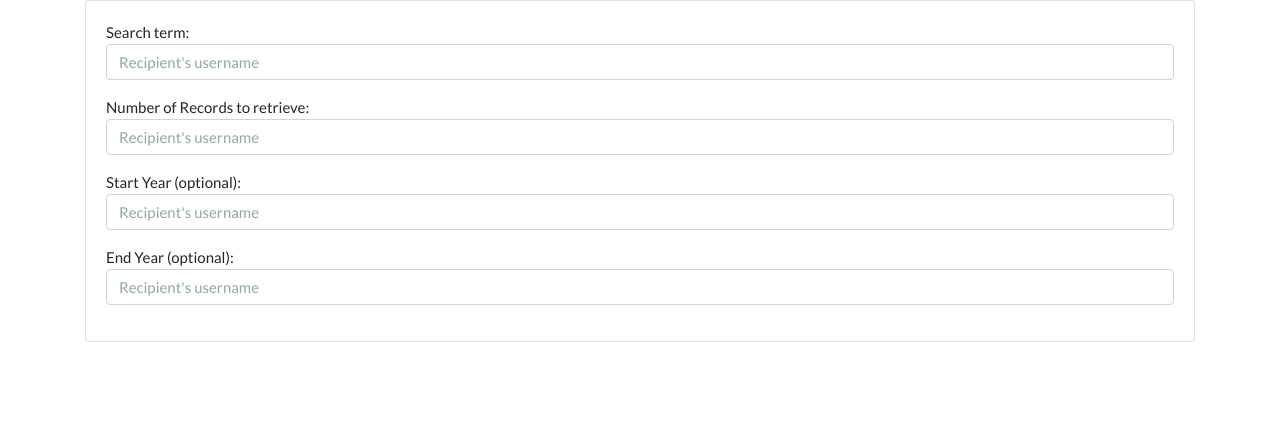
Repository: broganneagle/NYTSearch
Page: index.html
An editor plug-in stored every save of this project. The page is shown before and after the next save, followed by the edit.
The browser window is 1280 px wide. The pictures show the whole page.
Some web libraries are served in a nearby version.

Above is the page before, as saved 2020-06-26 13:46:00.

### index.html
<!DOCTYPE html>
<html lang="en">

<head>
    <meta charset="UTF-8">
    <meta name="viewport" content="width=device-width, initial-scale=1.0">
    <title>NYT Search</title>
    <link rel="stylesheet" href="https://stackpath.bootstrapcdn.com/bootstrap/4.3.1/css/bootstrap.min.css" />
    <link href="https://stackpath.bootstrapcdn.com/bootswatch/4.5.0/flatly/bootstrap.min.css" rel="stylesheet"
        integrity="sha384-mhpbKVUOPCSocLzx2ElRISIORFRwr1ZbO9bAlowgM5kO7hnpRBe+brVj8NNPUiFs" crossorigin="anonymous">
</head>

<body>
    <div class=container>
        <div class="card">
            <div class="card-body">
                Search term:
                <div class="input-group mb-3">
                    <input type="text" class="form-control" placeholder="Recipient's username"
                        aria-label="Recipient's username" aria-describedby="button-addon2">
                </div>

                    Number of Records to retrieve:
                    <div class="input-group mb-3">

                        <input type="text" class="form-control" placeholder="Recipient's username"
                            aria-label="Recipient's username" aria-describedby="button-addon2">
                    </div>

                    Start Year (optional):
                    <div class="input-group mb-3">
                        <input type="text" class="form-control" placeholder="Recipient's username"
                            aria-label="Recipient's username" aria-describedby="button-addon2">
                    </div>

                    End Year (optional):
                    <div class="input-group mb-3">
                        <input type="text" class="form-control" placeholder="Recipient's username"
                            aria-label="Recipient's username" aria-describedby="button-addon2">


                    </div>
                </div>

</body>

</html>

After the next save:
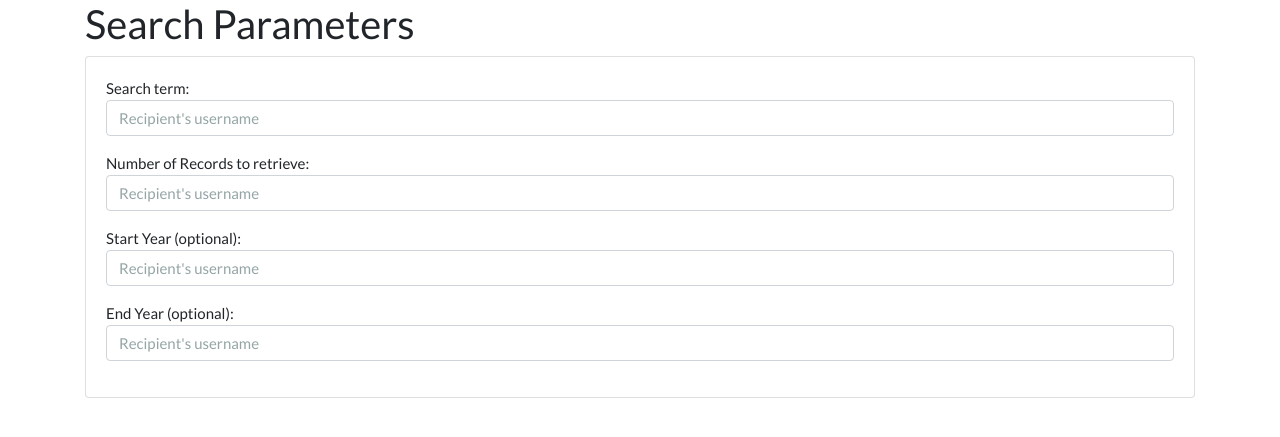
Saved 81 s later.
--- a/index.html
+++ b/index.html
@@ -12,6 +12,7 @@
 
 <body>
     <div class=container>
+        <p class="h2">Search Parameters</p>
         <div class="card">
             <div class="card-body">
                 Search term:
